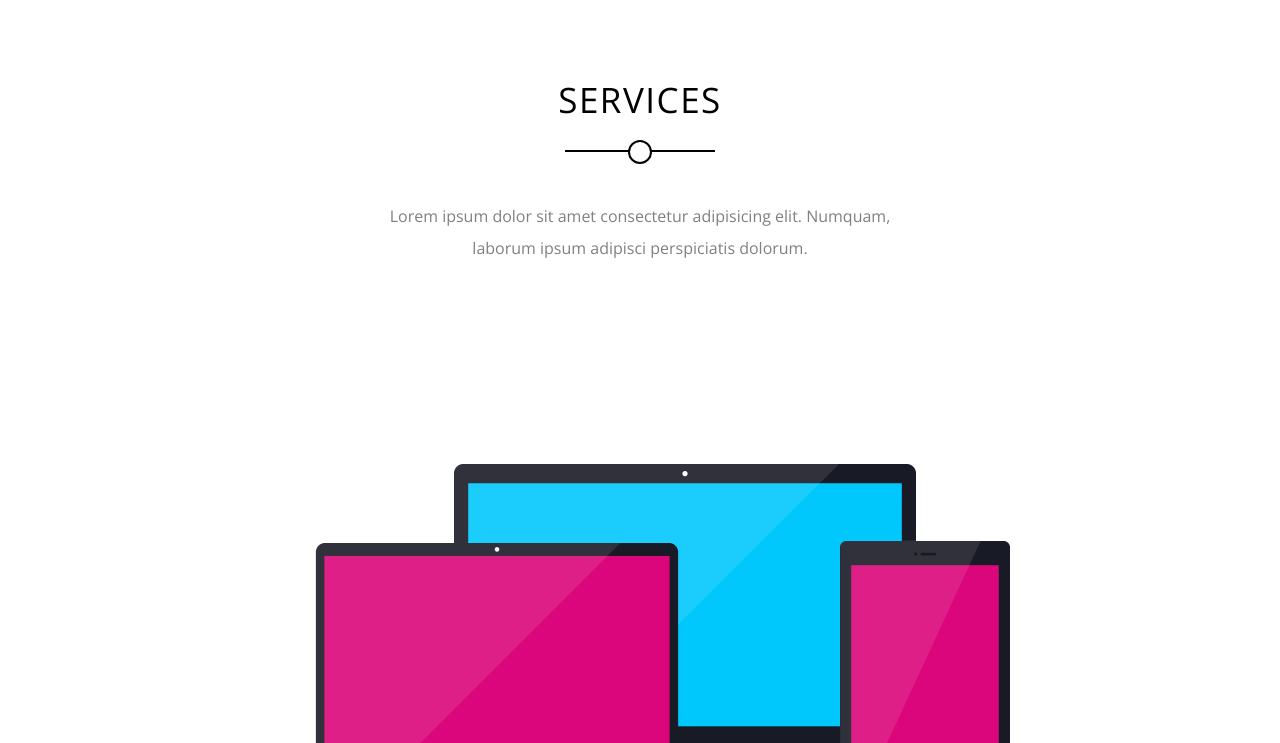
Repository: Ahmed123rezk123/Template_2
Page: index.html
The author's editor kept a copy of each file at every save. The page is drawn from the files as they stood at one save, then again after the next save.
The browser window is 1280 px wide. The pictures show the part of the page from y = 4005 to 4748 px (the page is 4748 px tall).
A picture or video elsewhere on the page could not be fetched, so the positions and the page height are approximate. Some web fonts or font styles are not loaded; a fallback is used.

Above is the page before, as saved 2024-04-13 15:04:08.

After the next save:
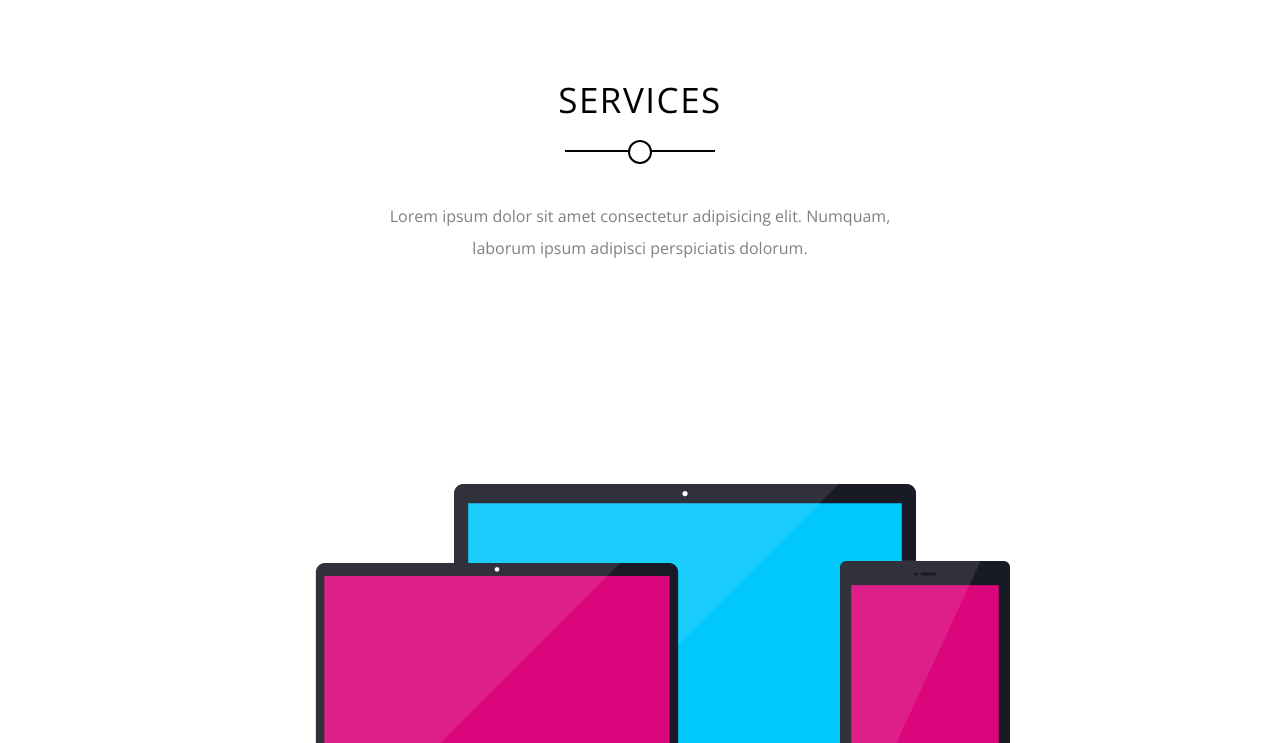
Saved 19 s later.
--- a/css/kasper.css
+++ b/css/kasper.css
@@ -559,6 +559,6 @@ text-align: center;
 }
 .about img {
     position: relative;
-    bottom: -100px;
+    bottom: -120px;
 }
 /* End About */
